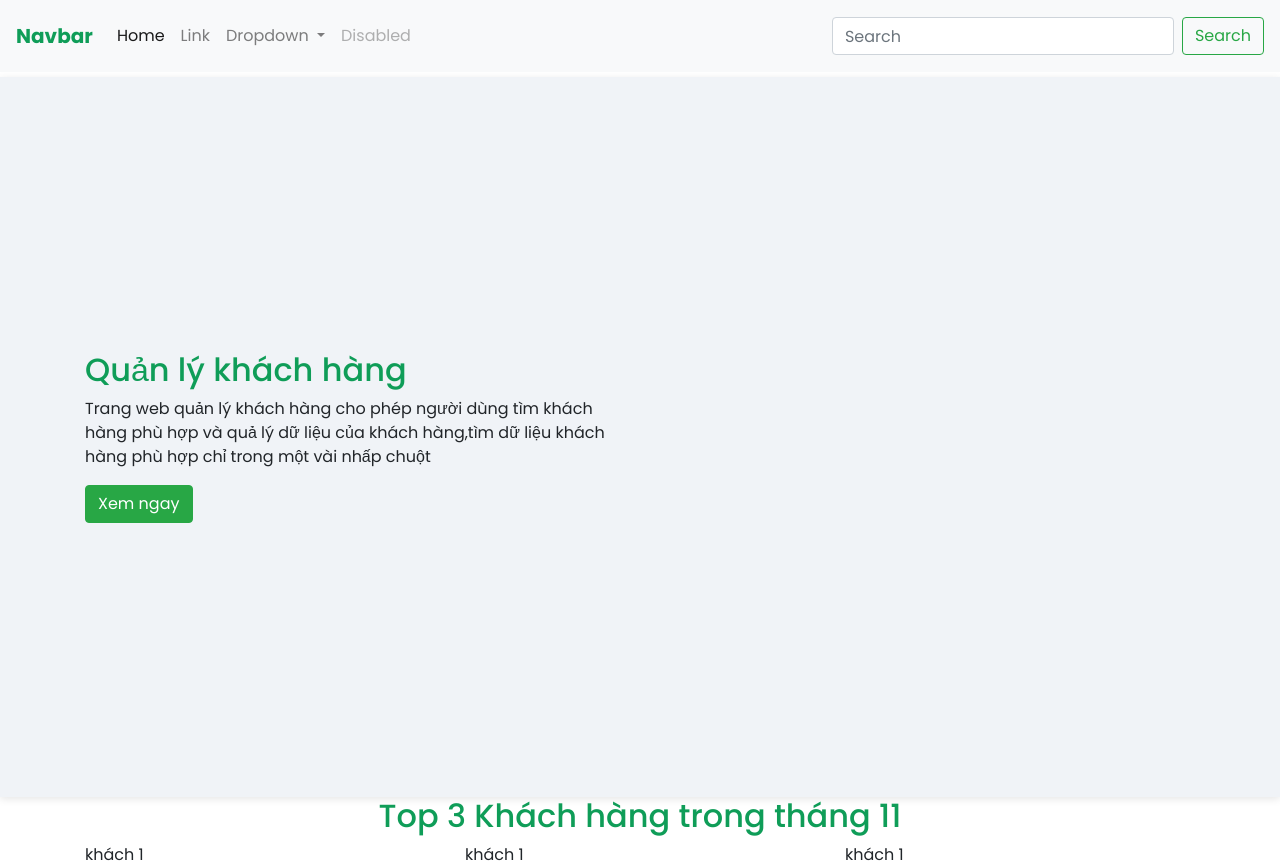
Repository: huutien1904/bt2-ltw
Page: index.html
An editor plug-in stored every save of this project. The page is shown before and after the next save, followed by the edit.
The browser window is 1280 px wide. The pictures show the whole page.

Above is the page before, as saved 2021-11-04 08:28:24.

### index.html
<!DOCTYPE html>
<html lang="en">
<head>
    <meta charset="UTF-8">
    <meta http-equiv="X-UA-Compatible" content="IE=edge">
    <meta name="viewport" content="width=device-width, initial-scale=1.0">
    <title>Quản Lý Khách Hàng</title>

    <!-- style -->
    <link rel="stylesheet" href="./style.css">
    <!-- font Poppins -->
    <link rel="preconnect" href="https://fonts.googleapis.com">
    <link rel="preconnect" href="https://fonts.gstatic.com" crossorigin>
    <link href="https://fonts.googleapis.com/css2?family=Poppins:wght@100;200;300;400;500;600;700;800;900&display=swap" rel="stylesheet">
    <!--  boostrap -->
    <link rel="stylesheet" href="https://maxcdn.bootstrapcdn.com/bootstrap/4.5.2/css/bootstrap.min.css">
    <script src="https://ajax.googleapis.com/ajax/libs/jquery/3.5.1/jquery.min.js"></script>
    <script src="https://cdnjs.cloudflare.com/ajax/libs/popper.js/1.16.0/umd/popper.min.js"></script>
    <script src="https://maxcdn.bootstrapcdn.com/bootstrap/4.5.2/js/bootstrap.min.js"></script>
</head>
<body>
  <!-- navbar -->
    <!-- <nav class="navbar navbar-default navbar-fixed-top">
        <div class="container-fluid ">
          <div class="navbar-header">
            <button type="button" class="navbar-toggle" data-toggle="collapse" data-target="#myNavbar">
              <span class="icon-bar"></span>
              <span class="icon-bar"></span>
              <span class="icon-bar"></span>
            </button>
            <a class="navbar-brand" href="#home">QUẢN LÝ KHÁCH HÀNG</a>
          </div>
          <div class="collapse navbar-collapse" id="myNavbar">
            <ul class="nav navbar-nav navbar-right">
              <li class="active_nav"><a href="#home">TRANG CHỦ</a></li>
              <li ><a href="#customer">KHÁCH HÀNG</a></li>
              <li><a href="#comment">NHẬN XÉT</a></li>
              <li><a href="#contact">LIÊN HỆ</a></li>
            </ul>
          </div>
        </div>
    </nav> -->
  <!-- end navbar -->
  <nav class="navbar navbar-expand-lg navbar-light bg-light fixed-top p-3">
    <a class="navbar-brand" href="#">Navbar</a>
    <button class="navbar-toggler" type="button" data-toggle="collapse" data-target="#navbarSupportedContent" aria-controls="navbarSupportedContent" aria-expanded="false" aria-label="Toggle navigation">
      <span class="navbar-toggler-icon"></span>
    </button>

    <div class="collapse navbar-collapse" id="navbarSupportedContent">
      <ul class="navbar-nav mr-auto">
        <li class="nav-item active">
          <a class="nav-link" href="#">Home <span class="sr-only">(current)</span></a>
        </li>
        <li class="nav-item">
          <a class="nav-link" href="#">Link</a>
        </li>
        <li class="nav-item dropdown">
          <a class="nav-link dropdown-toggle" href="#" id="navbarDropdown" role="button" data-toggle="dropdown" aria-haspopup="true" aria-expanded="false">
            Dropdown
          </a>
          <div class="dropdown-menu" aria-labelledby="navbarDropdown">
            <a class="dropdown-item" href="#">Action</a>
            <a class="dropdown-item" href="#">Another action</a>
            <div class="dropdown-divider"></div>
            <a class="dropdown-item" href="#">Something else here</a>
          </div>
        </li>
        <li class="nav-item">
          <a class="nav-link disabled" href="#">Disabled</a>
        </li>
      </ul>
      <form class="form-inline my-2 my-lg-0">
        <input class="form-control mr-sm-2" type="search" placeholder="Search" aria-label="Search">
        <button class="btn btn-outline-success my-2 my-sm-0" type="submit">Search</button>
      </form>
    </div>
  </nav>
  <!-- trang chủ -->
  <section
    id="home"
    >
    <div class="container">
      <div class="row">
        <div class="col-md-6 col-xs-12 ">
          <div class="">
            <h2 class="slogan">Quản lý khách hàng</h2>
            <p class="">
              Trang web quản lý khách hàng cho phép người dùng tìm khách hàng phù hợp và quả lý dữ liệu của khách hàng,tìm dữ liệu khách hàng phù hợp chỉ trong một vài nhấp chuột
            </p>
            <div class="left-to-right play-on-scroll delay-4">
              <button type="button" class="btn btn-success">Xem ngay</button>
            </div>
          </div>
        </div>
      </div>
    </div>
  </section>
  <!-- end trang chủ -->

  <!-- khách hàng -->
  <section id="customer ">
    <div class="container">
      <div class="row">
        <div class="col-md-12 col-sm-12 d-flex justify-content-center align-items-center">
          <h2 class="title_customer ">Top 3 Khách hàng trong tháng 11</h2>
        </div>
      </div>
      <div class="row">
        <div class="col-md-4 col-sm-12">
          khách 1
        </div>
        <div class="col-md-4 col-sm-12">
          khách 1

        </div>
        <div class="col-md-4 col-sm-12">
          khách 1

        </div>
      </div>
    </div>
  </section>
  <!-- end khách hàng -->
  <!--  Nhận xét-->
  <section id="comment">

  </section>
  <!-- liên hệ -->
  <section id="contact">

  </section>
</body>
</html>

### style.css
*{
  font-family: 'Poppins', sans-serif;
}

:root {
  --primary-color: #0f9d58;
  --backgound-color: #f0f3f7;
  --secon-color: #9da2ad;
  --grey: #7a7a7a;
  --white: #ffffff;
}
body {
  font: 400 15px Lato, sans-serif;
  line-height: 1.8;
  color: #818181;
}
.navbar-default{
  padding: 15px;
  background-color: var(--backgound-color);
  box-shadow: 0 2px 8px rgb(0 0 0 / 10%);
}
.navbar-brand{
  font-weight: 700;
  font-size: 20px;
  color: var(--primary-color) !important;

}
.navbar-right li{
  font-size: 14px;
  font-weight: 600;
  margin: 0 5px;
  /* padding:5px; */
}
.navbar-right li:hover{
  background-color: var(--primary-color);
  border-radius: 15px;
  color: white !important;
}
#home{
  margin-top: 77px;
  height: 100vh;
  display: flex;
  justify-content: center;
  align-items: center;
  background-color: var(--backgound-color);
  box-shadow: 0 2px 8px rgb(0 0 0 / 10%);
}
.slogan{
  color: var(--primary-color);
}
.title_customer{
  color: var(--primary-color);

}
#customer{
  height: 90vh;
  background-color: var(--backgound-color);
  box-shadow: 0 2px 8px rgb(0 0 0 / 10%);
}
/* .active_nav{
  background-color: var(--primary-color);
  border-radius: 15px;
} */

After the next save:
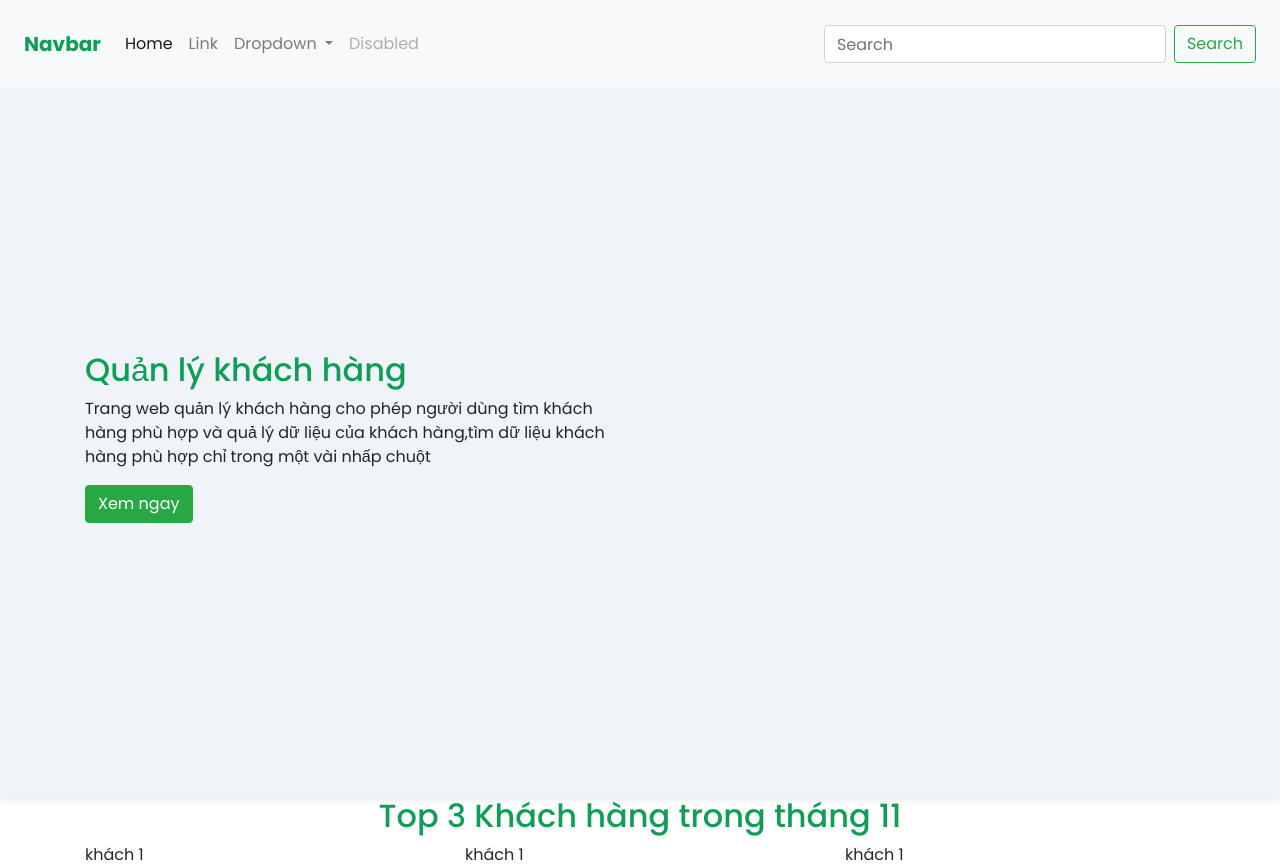
Saved 4 s later.
--- a/index.html
+++ b/index.html
@@ -41,7 +41,7 @@
         </div>
     </nav> -->
   <!-- end navbar -->
-  <nav class="navbar navbar-expand-lg navbar-light bg-light fixed-top p-3">
+  <nav class="navbar navbar-expand-lg navbar-light bg-light fixed-top p-4">
     <a class="navbar-brand" href="#">Navbar</a>
     <button class="navbar-toggler" type="button" data-toggle="collapse" data-target="#navbarSupportedContent" aria-controls="navbarSupportedContent" aria-expanded="false" aria-label="Toggle navigation">
       <span class="navbar-toggler-icon"></span>
